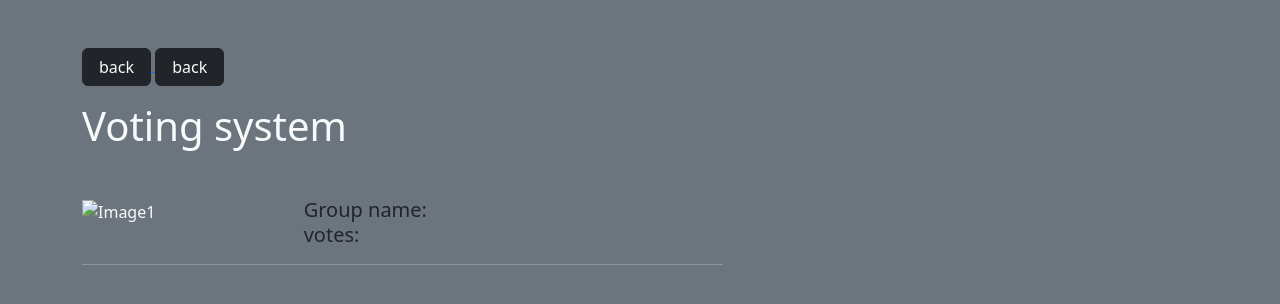
Repository: AvinashLikesToLearnNewStuff/VotingSite
Page: http://localhost/partials/dashboard.php
An editor plug-in stored every save of this project. The page is shown before and after the next save, followed by the edit.
The browser window is 1280 px wide. The pictures show the whole page.
The page is run by PHP 8.4 with error messages shown; the project is at /var/www/html/.

Above is the page before, as saved 2023-03-10 19:48:16.

### partials/dashboard.php
<!DOCTYPE html>
<html lang="en">
<head>
    <meta charset="UTF-8">
    <meta http-equiv="X-UA-Compatible" content="IE=edge">
    <meta name="viewport" content="width=device-width, initial-scale=1.0">
    <title>Voting System dashboard</title>
        <!-- bootstrap css link -->
     <link href="https://cdn.jsdelivr.net/npm/bootstrap@5.2.3/dist/css/bootstrap.min.css" rel="stylesheet" integrity="sha384-rbsA2VBKQhggwzxH7pPCaAqO46MgnOM80zW1RWuH61DGLwZJEdK2Kadq2F9CUG65" crossorigin="anonymous">


</head>

<body class="bg-secondary text-light">
    <div class="container my-5">

    <a href="../">
        <button class="btn btn-dark text-light px-3">back</button>
    </a>
    <a href="logout.php">

        <button class="btn btn-dark text-light px-3">back</button>
    </a>
<h1 class = "my-3">Voting system</h1>
<div class="row my-5">
    <div class="col-md-7">
        <!-- groups -->
        <div class="row">
            <div class="col-md-4 mx-auto d-block">

<img src="" alt="Image1">
            </div>
            <div class="col-md-8">
<strong class="text-dark h5">Group name:</strong><br>
<strong class="text-dark h5">votes:</strong><br>
            </div>
        </div>
    <hr>
    </div>
    <div class="col-md-5">
        <!-- user -->
    </div>
</div>
    </div>
</body>
</html>

After the next save:
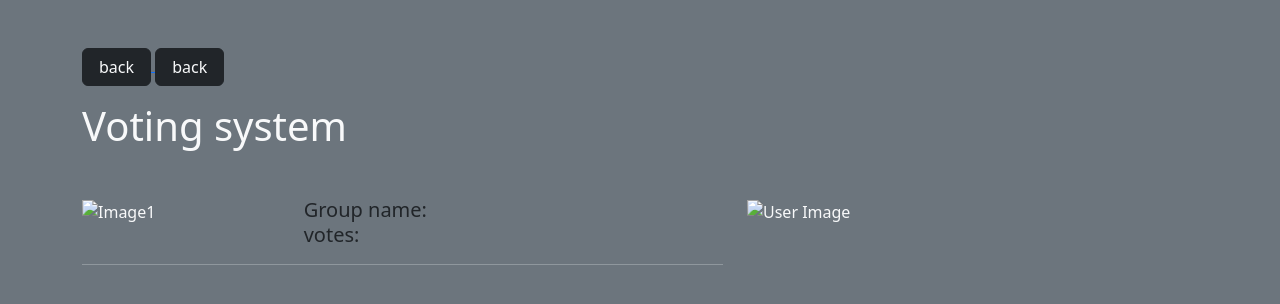
Saved 54 s later.
--- a/partials/dashboard.php
+++ b/partials/dashboard.php
@@ -39,6 +39,7 @@
     </div>
     <div class="col-md-5">
         <!-- user -->
+        <img src="" alt="User Image">
     </div>
 </div>
     </div>
